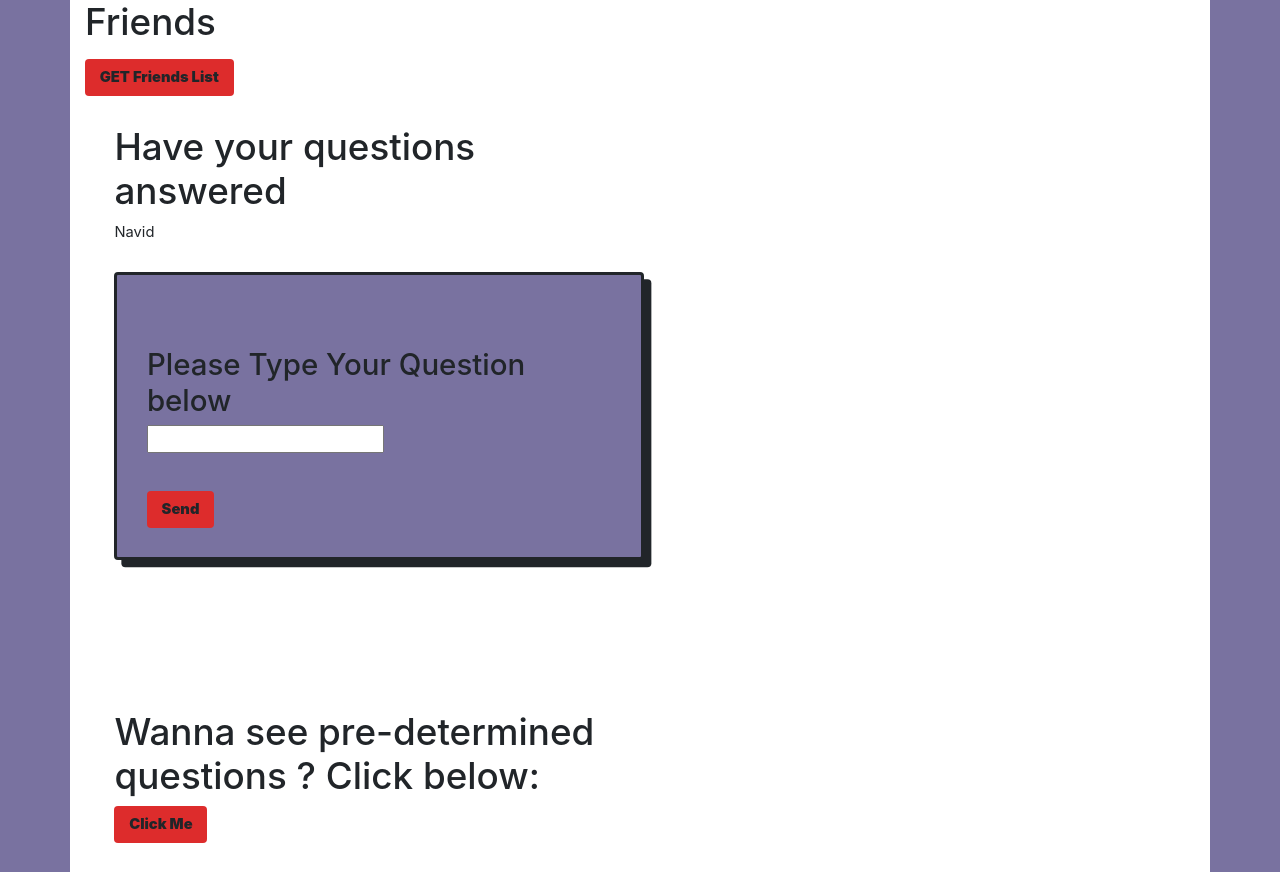
Repository: navid-amini12/capstone-1
Page: quiz.html
An editor plug-in stored every save of this project. The page is shown before and after the next save, followed by the edit.
The browser window is 1280 px wide. The pictures show the whole page.
Some web fonts or font styles are not loaded; a fallback is used.

Above is the page before, as saved 2022-05-18 14:51:15.

### quiz.html
<!DOCTYPE html>
<html>
  <head>
    <title>Back End Web Development</title>
    <link
      rel="stylesheet"
      type="text/css"
      href="//maxcdn.bootstrapcdn.com/bootstrap/4.3.1/css/bootstrap.min.css"
    />
  </head>
  <body class="container">
    <h1>Friends</h1>
    <ul id="people" class=""></ul>

    <button id="button">GET Friends List</button>

    <script src="https://unpkg.com/axios/dist/axios.min.js"></script>
    <script>
      document.getElementById("button").onclick = function () {
        axios
          .get("http://localhost:4000/api/users")
          .then(function (response) {
            const data = response.data;
            document.getElementById("people").innerHTML = data
              .map(function (person) {
                return '<li class="row">' + person;
              })
              .join("");
          })
          .catch(function (err) {
            document.getElementById("people").innerHTML =
              '<li class="text-danger">' + err.message + "</li>";
          });
      };
    </script>
  </body>
</html>
<head>
    <link rel="stylesheet" href="quiz.css">
    </head>

<article class="l-design-widht">
    <h1>Have your questions answered</h1>

   <p>Navid</p>

    <div class="card">
      <h2><svg class="icon" aria-hidden="true">
        <h2>Please Type Your Question below</h2>
      <label class="input">
        <input class="input__field" type="text" placeholder=" " />

      </label>
      <div class="button-group">
        <button>Send</button>

      </div>
    </div>



  <svg xmlns="http://www.w3.org/2000/svg" class="hidden">
    <symbol id="icon-coffee" viewBox="0 0 20 20">
      <title>icon-coffee</title>
      <path fill="currentColor" d="M15,17H14V9h3a3,3,0,0,1,3,3h0A5,5,0,0,1,15,17Zm1-6v3.83A3,3,0,0,0,18,12a1,1,0,0,0-1-1Z"/>
      <rect fill="currentColor" x="1" y="7" width="15" height="12" rx="3" ry="3"/>
      <path fill="var(--color-accent)" d="M7.07,5.42a5.45,5.45,0,0,1,0-4.85,1,1,0,0,1,1.79.89,3.44,3.44,0,0,0,0,3.06,1,1,0,0,1-1.79.89Z"/>
      <path fill="var(--color-accent)" d="M3.07,5.42a5.45,5.45,0,0,1,0-4.85,1,1,0,0,1,1.79.89,3.44,3.44,0,0,0,0,3.06,1,1,0,1,1-1.79.89Z"/>
      <path fill="var(--color-accent)" d="M11.07,5.42a5.45,5.45,0,0,1,0-4.85,1,1,0,0,1,1.79.89,3.44,3.44,0,0,0,0,3.06,1,1,0,1,1-1.79.89Z"/>
    </symbol>
  </svg>

    <h1>Wanna see pre-determined questions ? Click below:</h1>
    <button>Click Me</button>

### quiz.css
@import url('https://rsms.me/inter/inter.css');

:root {
  --color-light: rgb(121, 114, 160);
  --color-dark: #e1ac6e;
  --color-signal: #dd2c2c;

  --color-background: var(--color-light);
  --color-text: var(--color-dark);
  --color-accent: var(--color-signal);

  --size-bezel: .5rem;
  --size-radius: 4px;

  line-height: 1.4;

  font-family: 'Inter', sans-serif;
  font-size: calc(.6rem + .4vw);
  color: var(--color-text);
  background: var(--color-background);
  font-weight: 300;
  padding: 0 calc(var(--size-bezel) * 3);
}





.card {
  background: var(--color-background);
  padding: calc(4 * var(--size-bezel));
  margin-top: calc(4 * var(--size-bezel));
  border-radius: var(--size-radius);
  border: 3px solid var(--color-shadow, currentColor);
  box-shadow: .5rem .5rem 0 var(--color-shadow, currentColor);




}


.l-design-widht {
  max-width: 40rem;
  padding: 2rem;
}

.input {
  position: relative;
}
.button-group {
  margin-top: 30px
}
button {
  color: currentColor;
  padding: var(--size-bezel) calc(var(--size-bezel) * 2);
  background: var(--color-accent);
  border: none;
  border-radius: var(--size-radius);
  font-weight: 900;
}


.icon {
  display: inline-block;
  height: 0em;
  margin-right: .5em;
}

After the next save:
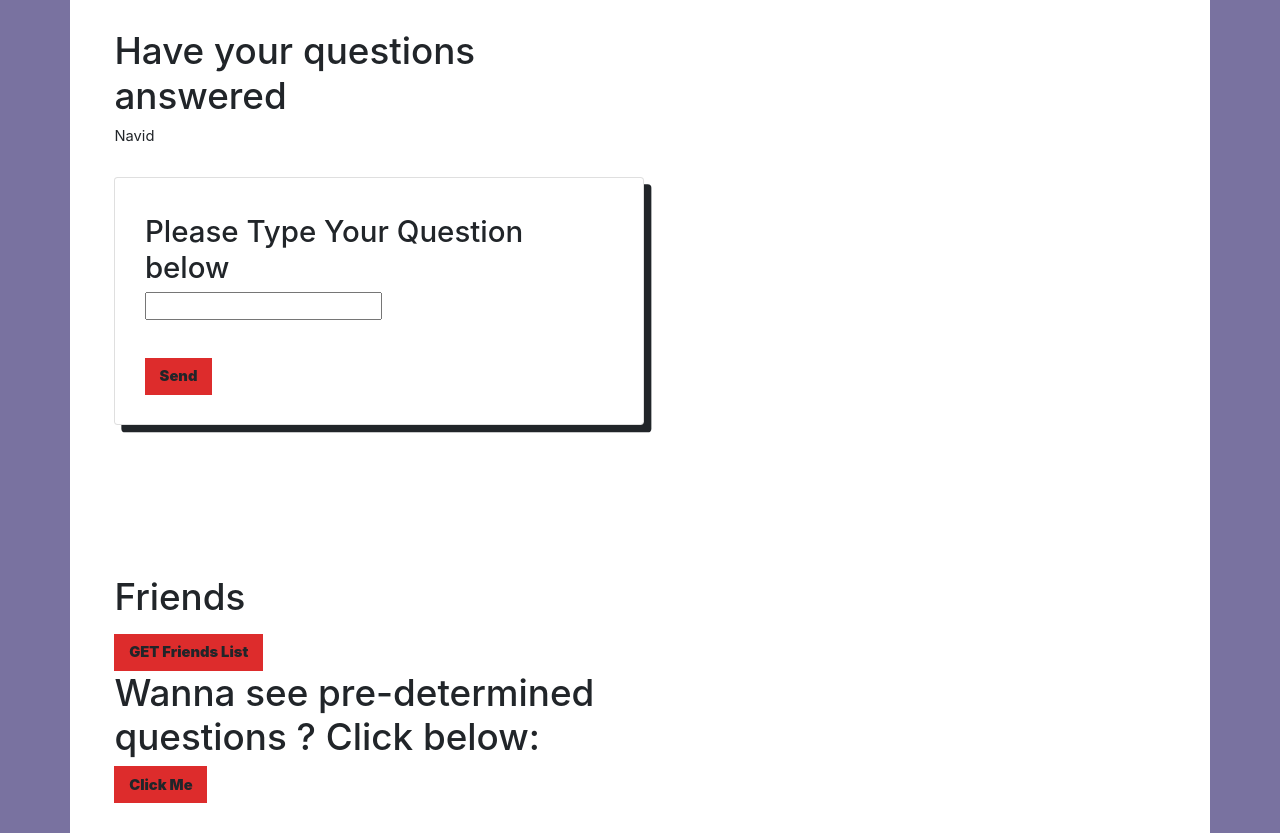
Saved 33 s later.
--- a/quiz.html
+++ b/quiz.html
@@ -1,40 +1,4 @@
-<!DOCTYPE html>
-<html>
-  <head>
-    <title>Back End Web Development</title>
-    <link
-      rel="stylesheet"
-      type="text/css"
-      href="//maxcdn.bootstrapcdn.com/bootstrap/4.3.1/css/bootstrap.min.css"
-    />
-  </head>
-  <body class="container">
-    <h1>Friends</h1>
-    <ul id="people" class=""></ul>
 
-    <button id="button">GET Friends List</button>
-
-    <script src="https://unpkg.com/axios/dist/axios.min.js"></script>
-    <script>
-      document.getElementById("button").onclick = function () {
-        axios
-          .get("http://localhost:4000/api/users")
-          .then(function (response) {
-            const data = response.data;
-            document.getElementById("people").innerHTML = data
-              .map(function (person) {
-                return '<li class="row">' + person;
-              })
-              .join("");
-          })
-          .catch(function (err) {
-            document.getElementById("people").innerHTML =
-              '<li class="text-danger">' + err.message + "</li>";
-          });
-      };
-    </script>
-  </body>
-</html>
 <head>
     <link rel="stylesheet" href="quiz.css">
     </head>
@@ -69,6 +33,42 @@
       <path fill="var(--color-accent)" d="M11.07,5.42a5.45,5.45,0,0,1,0-4.85,1,1,0,0,1,1.79.89,3.44,3.44,0,0,0,0,3.06,1,1,0,1,1-1.79.89Z"/>
     </symbol>
   </svg>
+  <!DOCTYPE html>
+  <html>
+    <head>
+      <title>Back End Web Development</title>
+      <link
+        rel="stylesheet"
+        type="text/css"
+        href="//maxcdn.bootstrapcdn.com/bootstrap/4.3.1/css/bootstrap.min.css"
+      />
+    </head>
+    <body class="container">
+      <h1>Friends</h1>
+      <ul id="people" class=""></ul>
 
+      <button id="button">GET Friends List</button>
+
+      <script src="https://unpkg.com/axios/dist/axios.min.js"></script>
+      <script>
+        document.getElementById("button").onclick = function () {
+          axios
+            .get("http://localhost:4000/api/users")
+            .then(function (response) {
+              const data = response.data;
+              document.getElementById("people").innerHTML = data
+                .map(function (person) {
+                  return '<li class="row">' + person;
+                })
+                .join("");
+            })
+            .catch(function (err) {
+              document.getElementById("people").innerHTML =
+                '<li class="text-danger">' + err.message + "</li>";
+            });
+        };
+      </script>
+    </body>
+  </html>
     <h1>Wanna see pre-determined questions ? Click below:</h1>
     <button>Click Me</button>
